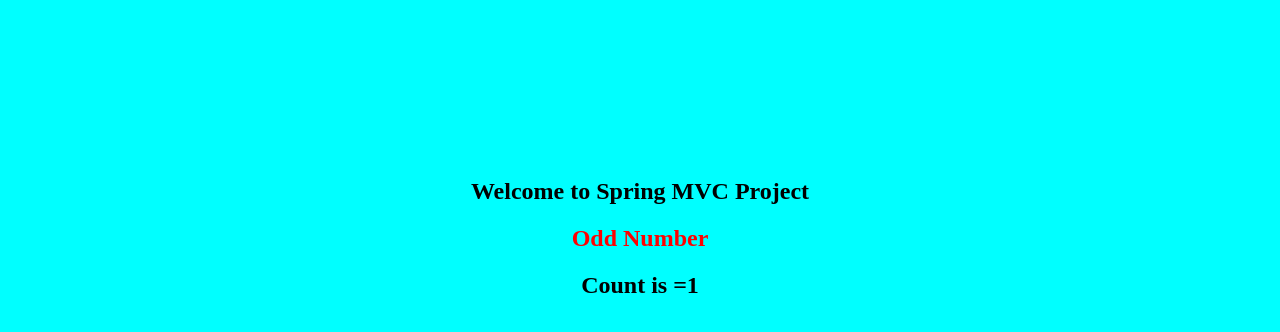
Repository: PragatiShinde16/SpringMVCDemo
Page: http://localhost/SpringMVCProject/views/login.jsp
The author's editor kept a copy of each file at every save. The page is drawn from the files as they stood at one save, then again after the next save.
The browser window is 1280 px wide. The pictures show the whole page.
The page is served by Tomcat 9.

Above is the page before, as saved 2024-08-27 05:13:15.

After the next save:
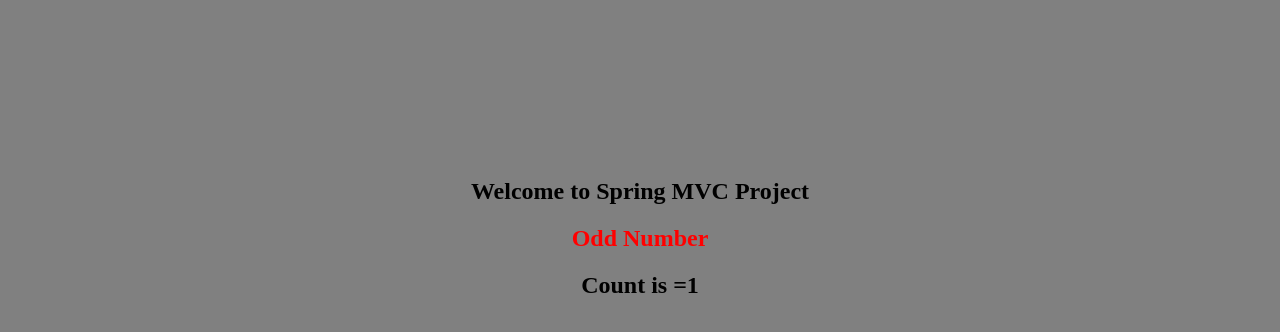
Saved 19 s later.
--- a/SpringMVCProject/src/main/webapp/views/login.jsp
+++ b/SpringMVCProject/src/main/webapp/views/login.jsp
@@ -6,7 +6,7 @@
 <meta charset="ISO-8859-1">
 <title>Insert title here</title>
 </head>
-<body style="text-align: center; padding:150px; background-color:aqua;">
+<body style="text-align: center; padding:150px; background-color:gray;">
 	<h2>Welcome to Spring MVC Project</h2>
 
 	<%!
